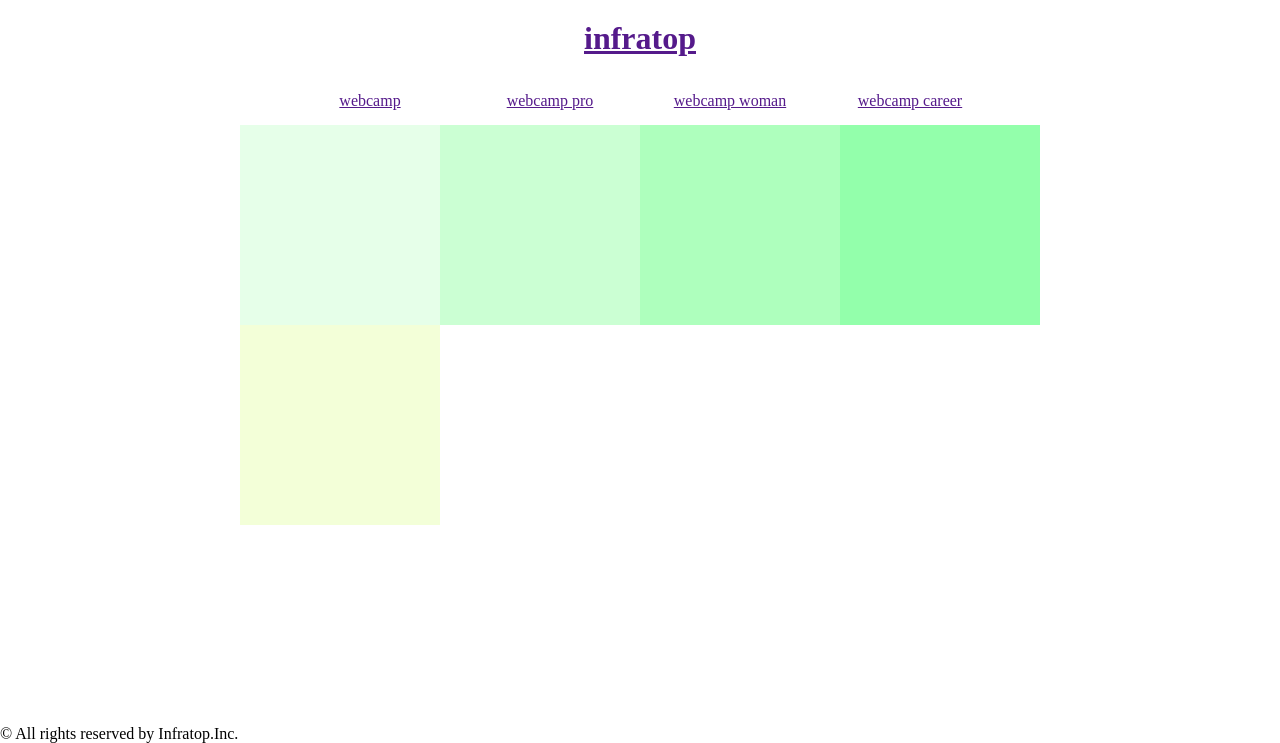
Repository: sutanuki/webcamp
Page: html,css/c5/index.html
The author's editor kept a record of every edit. The page is drawn from the files as they stood at one moment, then again after the next edit.
The browser window is 1280 px wide. The pictures show the whole page.

Above is the page before.

### html,css/c5/index.html
<!DOCTYPE html>
<html>
  <head>
    <meta http-equiv="content-type" content="text/html; charset=utf-8" />
    <title>`substitute(Filename('', 'Page Title'), '^.', '\u&', '')`</title>
    <link rel="stylesheet" href="style.css">
  </head>
  <body>
    <header>
      <h1><a href="">infratop</a></h1>
      <nav>
        <ul>
          <li><a href="">webcamp</a></li>
          <li><a href="">webcamp pro</a></li>
          <li><a href="">webcamp woman</a></li>
          <li><a href="">webcamp career</a></li>
        </ul>
      </nav>
    </header>
    <main>
      <div class="box1"></div>
      <div class="box2"></div>
      <div class="box3"></div>
      <div class="box4"></div>
      <div class="box5"></div>
      <div class="box6"></div>
      <div class="box7"></div>
      <div class="box8"></div>
      <div class="box9"></div>
      <div class="box10"></div>
      <div class="box11"></div>
      <div class="box12"></div>
    </main>
    <footer>
      <p>&copy All rights reserved by Infratop.Inc.</p>
    </footer>
  </body>
</html>

### html,css/c5/style.css
* {
  margin: 0;
  padding: 0;
  box-sizing: border-box;
}
header{
  width: 100%;
}
header h1{
  margin: 20px 0;
  text-align: center
}
nav ul{
  display: flex;
  justify-content: center;
  list-style: none;
}
nav ul li{
  width: 140px;
  margin: 15px 20px;
  text-align: center;
}
main{
  display: flex;
  width: 800px;
  height: 600px;
  flex-wrap: wrap;
  margin: 0 auto;

}
main div{
  width: 200px;
  height: 200px;
}
.box1{
  background-color: #e6ffe9;
}
.box2{
  background-color: #cbffd3;
}
.box3{
  background-color: #aeffbd;
}
.box4{
  background-color: #93ffab;
}
.box5{
  background-color: #f3ffd8;
}
.box6{
  background-color: ;
}
.box7{
  background-color: ;
}
.box8{
  background-color: ;
}
.box9{
  background-color: ;
}
.box10{
  background-color: ;
}
.box11{
  background-color: ;
}
.box12{
  background-color: ;
}

After the next edit:
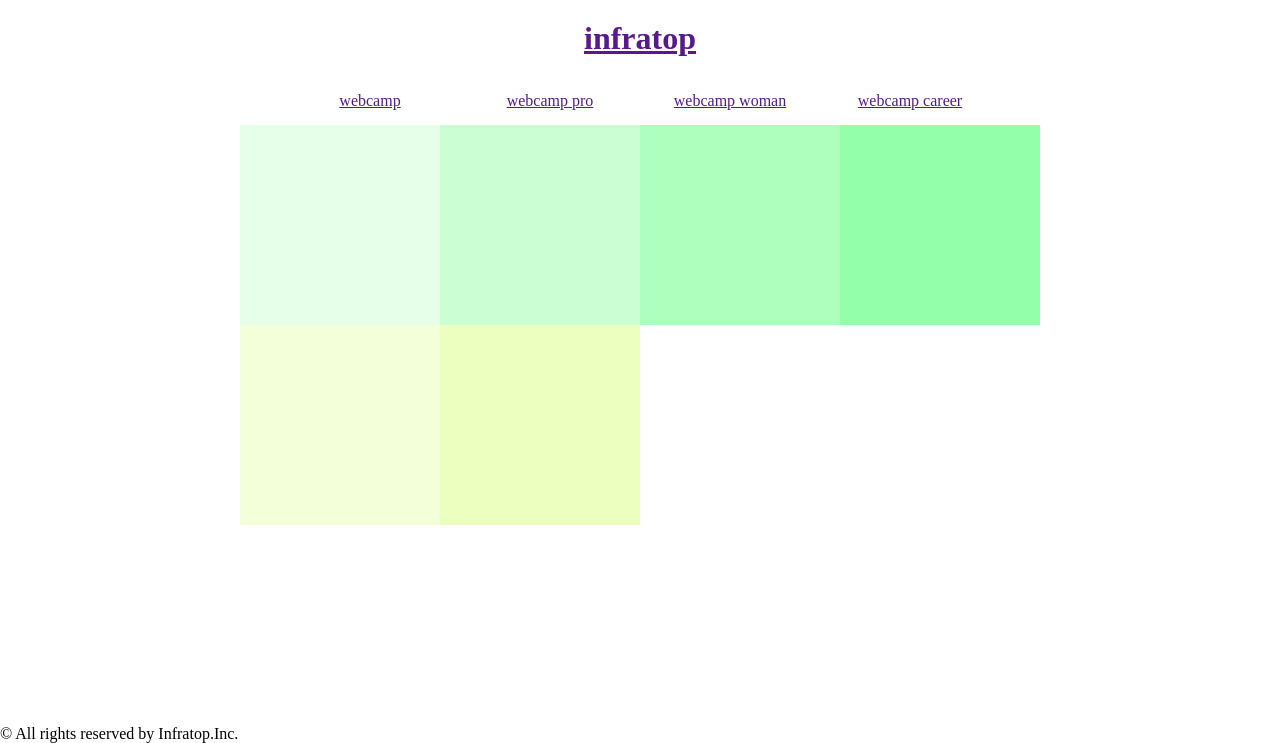
The edit:
--- a/html,css/c5/style.css
+++ b/html,css/c5/style.css
@@ -48,7 +48,7 @@
   background-color: #f3ffd8;
 }
 .box6{
-  background-color: ;
+  background-color: #edffbe;
 }
 .box7{
   background-color: ;
